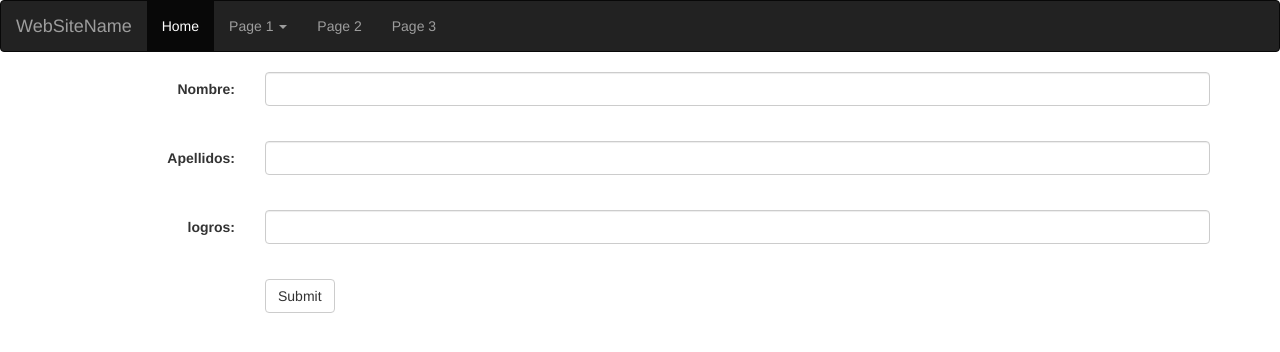
Repository: UAQJavaEveris/ProyectoFinalJuanCarlos
Page: http://localhost/WebCliente/
The author's editor kept a copy of each file at every save. The page is drawn from the files as they stood at one save, then again after the next save.
The browser window is 1280 px wide. The pictures show the whole page.
Some web libraries are served in a nearby version. The page is served by Tomcat 9.

Above is the page before, as saved 2016-12-10 03:01:35.

After the next save:
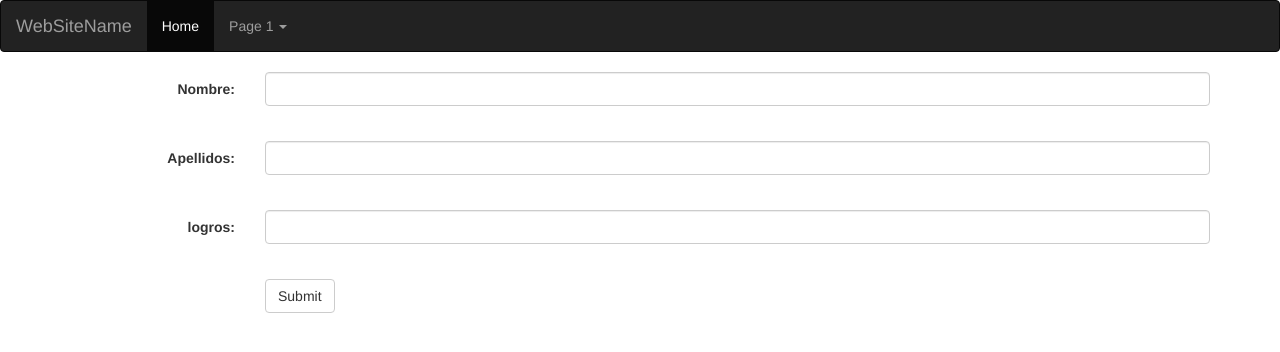
Saved 36 s later.
--- a/WebCliente/WebContent/index.jsp
+++ b/WebCliente/WebContent/index.jsp
@@ -28,9 +28,7 @@
           <li><a href="#">Page 1-3</a></li>
         </ul>
       </li>
-      <li><a href="#">Page 2</a></li>
-      <li><a href="#">Page 3</a></li>
-    </ul>
+     </ul>
   </div>
 </nav>
 <div class="container">
